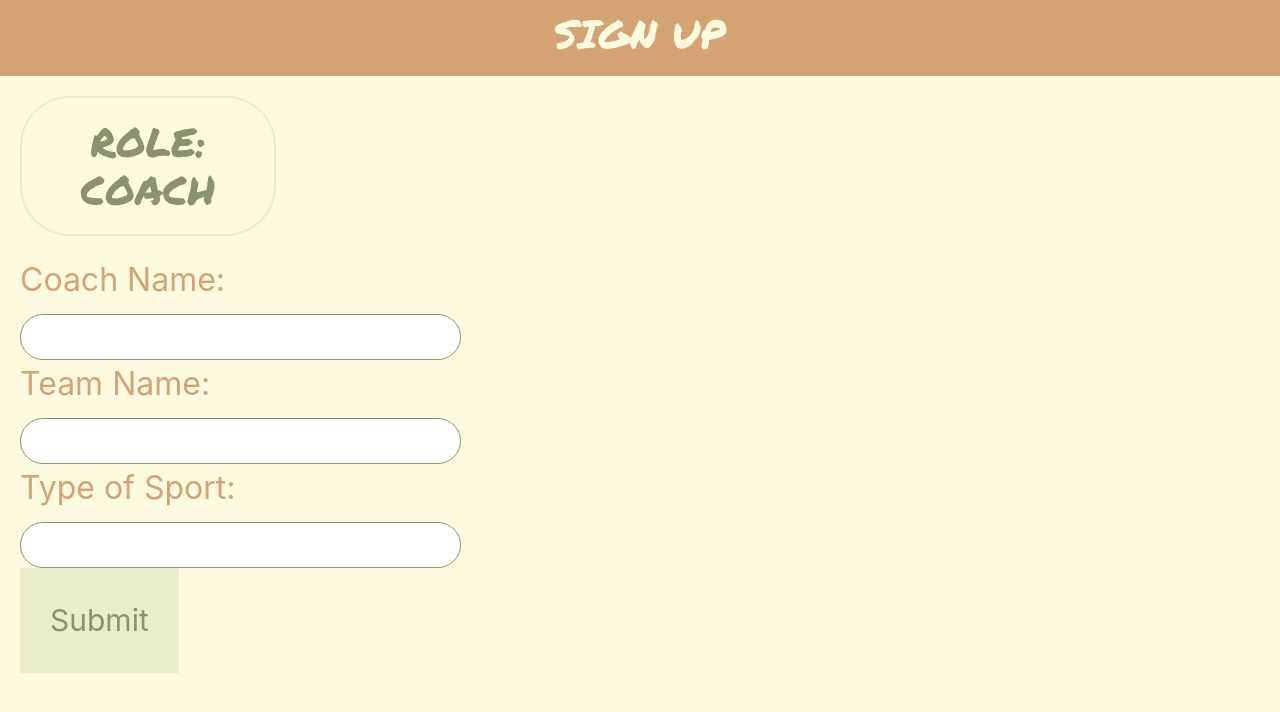
Repository: Aryaholmukhe/treasureHacks
Page: http://localhost/coach
An editor plug-in stored every save of this project. The page is shown before and after the next save, followed by the edit.
The browser window is 1280 px wide. The pictures show the whole page.
The page is served by the project's Node server (server.js). Queries for data that is not in the repository find no rows.

Above is the page before, as saved 2022-03-26 19:55:39.

### views/signup/coach.ejs
<html lang="en">

<head>
    <meta charset="UTF-8">
    <meta http-equiv="X-UA-Compatible" content="IE=edge">
    <meta name="viewport" content="width=device-width, initial-scale=1.0">
    <link rel="stylesheet" href="https://cdn.jsdelivr.net/npm/bootstrap@4.6.1/dist/css/bootstrap.min.css">
    <script src="https://cdn.jsdelivr.net/npm/jquery@3.6.0/dist/jquery.slim.min.js"></script>
    <script src="https://cdn.jsdelivr.net/npm/popper.js@1.16.1/dist/umd/popper.min.js"></script>
    <script src="https://cdn.jsdelivr.net/npm/bootstrap@4.6.1/dist/js/bootstrap.bundle.min.js"></script>
    <link rel="preconnect" href="https://fonts.googleapis.com">
    <link rel="preconnect" href="https://fonts.gstatic.com" crossorigin>
    <link href="https://fonts.googleapis.com/css2?family=Permanent+Marker&display=swap" rel="stylesheet">
    <link rel="stylesheet" href="../views/public/main.css">

    <title>COACH SIGN UP</title>
</head>

<body style="background-color: #FEFAE0">

    <!-- CHANGE PADDINGS TO BOOTSTRAP4 -->
    <div class="header" style="color: #FEFAE0; text-align: center; font-family: 'Permanent Marker', cursive; background-color: #D4A373; padding: 10px 0px;">
        <h1>SIGN UP</h1>
    </div>

    <h1 class="role" style="font-family: 'Permanent Marker', cursive; color: #8A926F; padding: 20px 20px; border-radius: 50px; border: 2px solid #E9EDC9; width: 20%; margin: 20px 20px; text-align: center">ROLE: COACH</h1>

    <form action="/coach" method="post" style="margin-left: 20px">

        <label class="label" for="coachName" style="color: #D4A373; font-size: 32px;">Coach Name: </label>
        <input class="input" type="text" name="coachName" style="border: 1px solid #8A926F; background-color: none; border-radius: 50px; font-size: 28px">
<br>
        <label class="label" for="teamName" style="color: #D4A373; font-size: 32px;">Team Name: </label>
        <input class="input" type="text" name="teamName" style="border: 1px solid #8A926F; background-color: none; border-radius: 50px; font-size: 28px">
<br>
        <label class="label" for="sportType" style="color: #D4A373; font-size: 32px;">Type of Sport: </label>
        <input class="input" type="text" name="sportType" style="border: 1px solid #8A926F; background-color: none; border-radius: 50px; font-size: 28px">
<br>


            <button type="submit" class="add" style="border: none; background-color: #E9EDC9; font-size: 30px; padding: 30px 30px; color: #8A926F; ">Submit</button>
        </div>
    </form>
    </div>


    <script src="./coach.js"></script>

</html>

### server.js
//jshint esversion:6

const express = require("express");
const bodyParser = require("body-parser");
const mongoose = require("mongoose");
const _ = require("lodash");
const { join } = require("path");
require("dotenv").config();
const app = express();

// TWILIO STUFF

const accountSID = process.env.ACCOUNT_SID;
const authToken = process.env.AUTH_TOKEN;

const client = require('twilio')(accountSID, authToken);


app.set('view engine', 'ejs');

app.use(bodyParser.urlencoded({ extended: true }));
app.use(express.static("public"));

app.get("/auth_config.json", (req, res) => {
    res.sendFile(join(__dirname, "/auth_config.json"));
})

// for each team member
mongoose.connect("mongodb://localhost:27017/teamMembersDB", { useNewUrlParser: true });

const membersSchema = new mongoose.Schema({
    name: String,
    role: String,
    age: Number,
    email: String,
    phone: String,
    progress: []
});

let members = [];

const Member = mongoose.model("Member", membersSchema);

// to identify teams
const teamSchema = new mongoose.Schema({
    coachName: String,
    team: [{ name: String }, { sport: String }]
})

const Team = mongoose.model("Team", teamSchema);

// When no members are present
const noMember = new Member({
    name: "No members yet"
})


// get requests

app.get("/signup", (req, res) => {
    res.render("signup/signup")
})
let person = "";
app.get("/coach", (req, res) => {
    person = "Coach"
    res.render("signup/coach");
})

app.get("/player", (req, res) => {
    person = "Team Member"
    res.render("signup/player")
})

app.get("/", (req, res) => {
    Member.find({}, function (err, foundMembers) {

        if (foundMembers.length === 0) {
            members.push(noMember)
            Member.insertMany(members, function (err) {
                if (err) {
                    console.log(err);
                } else {
                    console.log("Successfully saved members to DB.");
                }
            });
            // res.redirect("/");
        } else {
            Member.deleteOne({ "name": "No members yet" }, (err, person) => {
                if (err) return handleError(err);
            })
            res.render('index', { allMembers: foundMembers, person: person })
        }
    });
})

app.get("/:personName", function (req, res) {
    const personName = _.capitalize(req.params.personName);
    let person;
    Member.findById(personName, (err, person) => {
        person = person;
    })
    res.send(person);
    // res.render("account", { personName: personName });
});


// post requests

app.post("/", (req, res) => {

    const playerName = req.body.newPlayer;
    const role = req.body.newRole;
    const listName = req.body.list;
    const player = new Member({
        name: playerName,
        role: role
    })
    player.save();
    res.redirect("/")
})

app.post("/delete", function (req, res) {
    const removedPlayer = req.body.checkbox;

    Member.findByIdAndRemove(removedPlayer, function (err) {
        if (!err) {
            console.log("Successfully deleted player.");
            res.redirect("/");
        } else { console.log(err) }
    });

})

app.post("/coach", (req, res) => {
    const coachName = req.body.coachName;
    const teamName = req.body.teamName;
    const sportType = req.body.sportType;
    teams = new Team({
        coachName: coachName,
        team: [{ name: teamName, sport: sportType }]
    })
    res.redirect("/")
})

app.post("/announcements", (req, res) => {
    const message = req.body.message;
    members.forEach(member => {
        client.messages.create({
            to: member.phone,
            from: process.env.TWILIO_PHONE_NUMBER, //is this going to be dynamic?
            body: message
        })
            .then((message) => {
                console.log(message.sid)
                res.redirect("/")
            });
    })
})

app.listen(3000, function () {
    console.log("Server started on port 3000");
});

### views/public/main.css
.hidden {
    display: none;
  }

  label {
    margin-bottom: 10px;
    display: block;
    color: purple;
  }
  body{
    background-color:blue;
  }

After the next save:
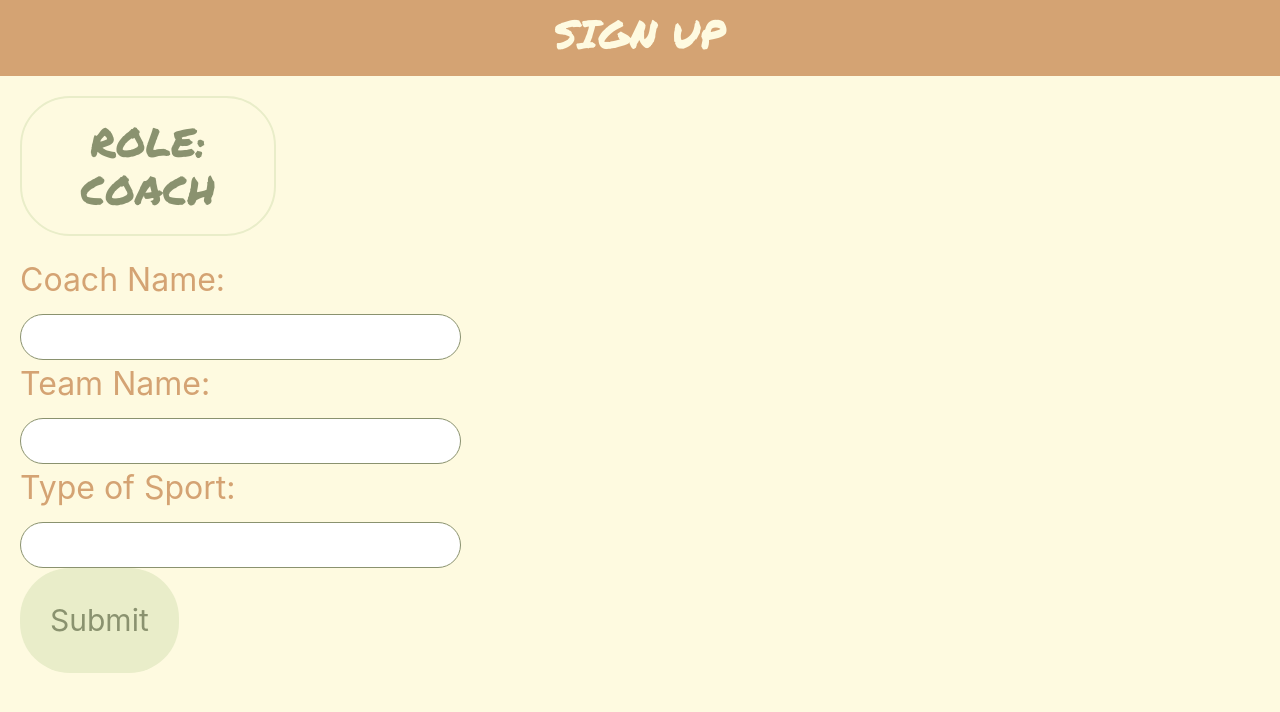
Saved 11 s later.
--- a/views/signup/coach.ejs
+++ b/views/signup/coach.ejs
@@ -38,7 +38,7 @@
 <br>
 
 
-            <button type="submit" class="add" style="border: none; background-color: #E9EDC9; font-size: 30px; padding: 30px 30px; color: #8A926F; ">Submit</button>
+            <button type="submit" class="add" style="border: none; background-color: #E9EDC9; font-size: 30px; padding: 30px 30px; color: #8A926F; border-radius: 50px">Submit</button>
         </div>
     </form>
     </div>

After the 2 saves that followed:
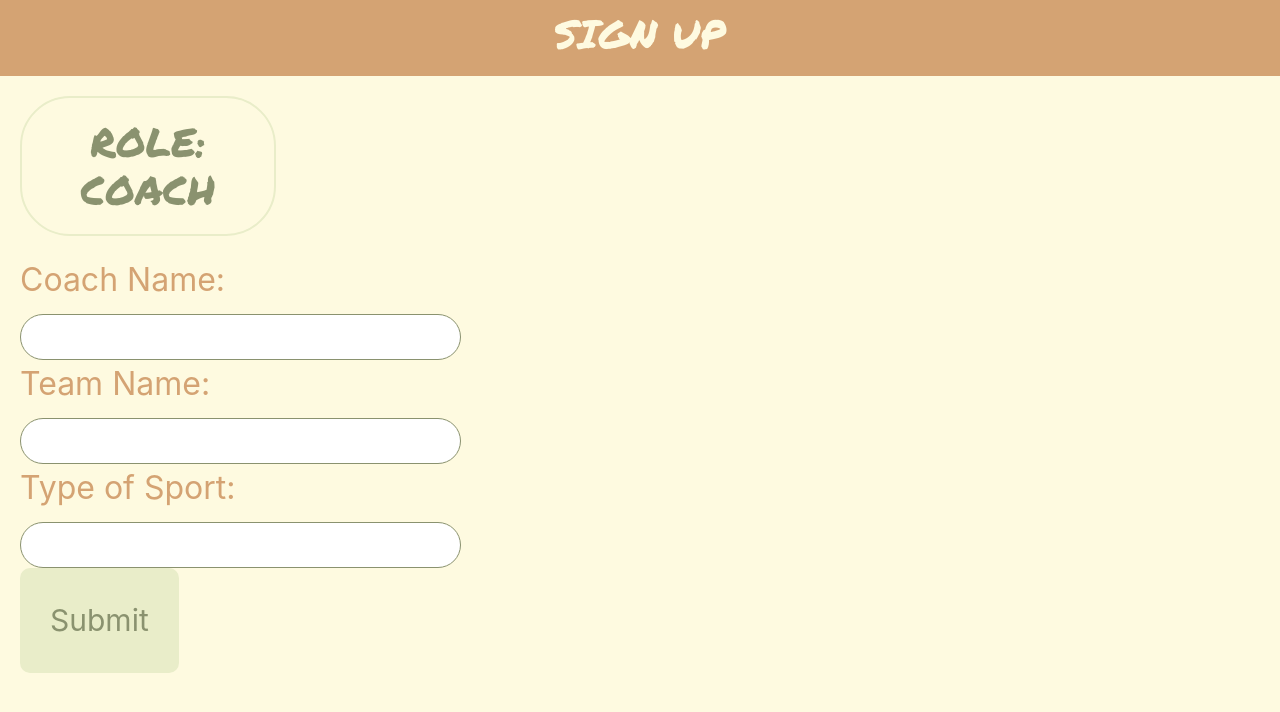
The 2 saves are shown as one change because they came seconds apart.
The last was saved 22 s later.
--- a/views/signup/coach.ejs
+++ b/views/signup/coach.ejs
@@ -38,7 +38,7 @@
 <br>
 
 
-            <button type="submit" class="add" style="border: none; background-color: #E9EDC9; font-size: 30px; padding: 30px 30px; color: #8A926F; border-radius: 50px">Submit</button>
+            <button type="submit" class="add" style="border: none; background-color: #E9EDC9; font-size: 30px; padding: 30px 30px; color: #8A926F; border-radius: 10px">Submit</button>
         </div>
     </form>
     </div>
